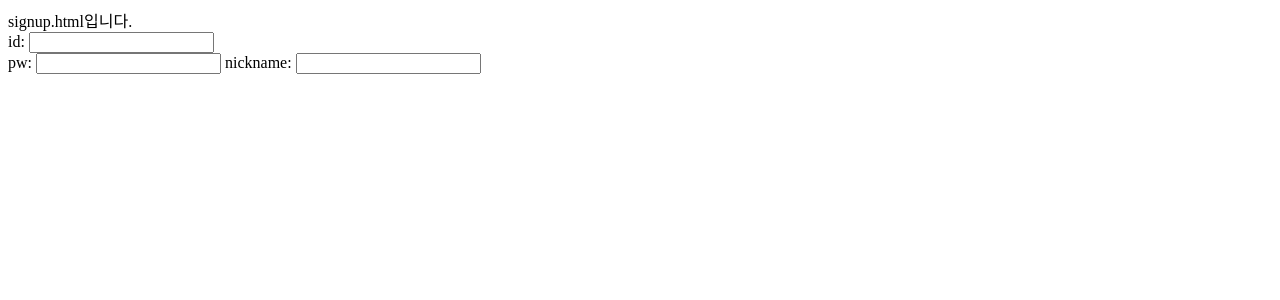
Repository: loone96/sendmylove
Page: sendMyLove1.0/src/main/webapp/register.html
The author's editor kept a copy of each file at every save. The page is drawn from the files as they stood at one save, then again after the next save.
The browser window is 1280 px wide. The pictures show the whole page.

Above is the page before, as saved 2020-06-19 01:45:22.

After the next save:
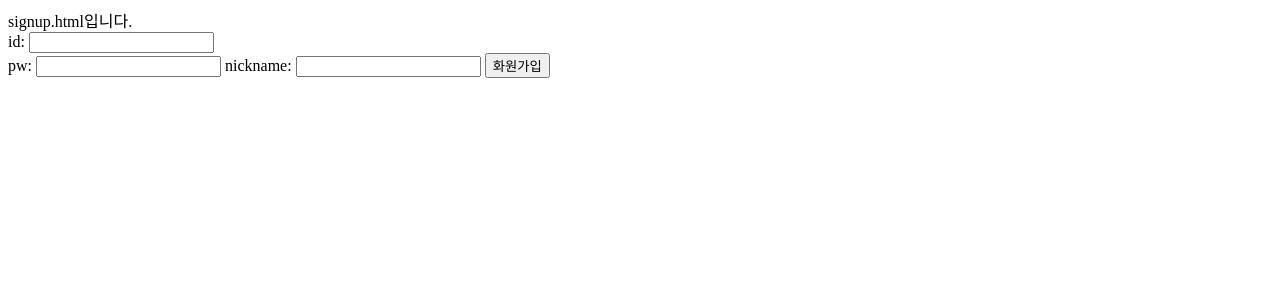
Saved 43 s later.
--- a/sendMyLove1.0/src/main/webapp/register.html
+++ b/sendMyLove1.0/src/main/webapp/register.html
@@ -10,7 +10,7 @@
 		id:  <input type="text" name="id"> <br>
 		pw:  <input type="password" name="password">
 		nickname:  <input type="text" name="nickname">
-
+		<button type="submit" >화원가입</button>
 	</form>
 </body>
 </html>
